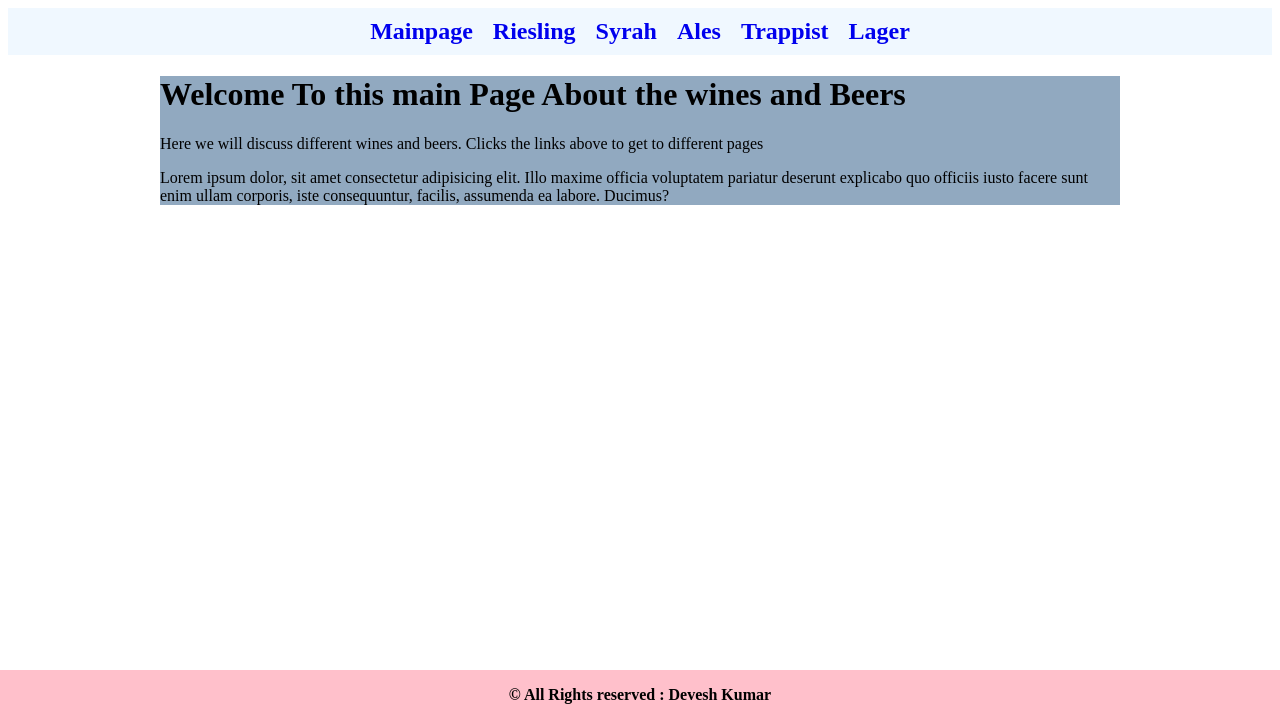
Repository: portretrieve/react-practice
Page: /
The author's editor kept a copy of each file at every save. The page is drawn from the files as they stood at one save, then again after the next save.
The browser window is 1280 px wide. The pictures show the whole page.
The project was rebuilt for these pictures with package versions that can differ from the ones it lists, and the page was loaded fresh each time. Also part of the build but not shown: src/wines/Riesling.js, src/wines/Syrah.js, src/beers/Ale.js, src/beers/Lager.js, src/beers/Trappist.js.

Above is the page before, as saved 2021-08-26 19:50:23.

### src/index.css
html {
    box-sizing: border-box;
    margin: 0;
    padding: 0;
}

### src/App.js
import { BrowserRouter, Route, Redirect, Switch } from "react-router-dom";

import Riesling from "./wines/Riesling";
import Syrah from "./wines/Syrah";
import Ale from "./beers/Ale";
import Lager from "./beers/Lager";
import Trappist from "./beers/Trappist";

import Header from "./navigation/Header";
import Footer from "./navigation/Footer";
import MainPage from "./MainPage";
import CenterContent from "./Util/CenterContent";

function App() {
  return (
    <BrowserRouter>
      <Header />
      <Switch>
        <Route path="/" exact>
          <CenterContent>
            <MainPage />
          </CenterContent>
        </Route>
        <Route path="/wines" exact>
          <Riesling />
        </Route>
        <Route path="/wines/syrah" exact>
          <Syrah />
        </Route>
        <Route path="/beers/ale" exact>
          <Ale />
        </Route>
        <Route path="/beers/trappist" exact>
          <Trappist />
        </Route>
        <Route path="/beers/lager" exact>
          <Lager />
        </Route>
        <Redirect to="/" />
      </Switch>
      <Footer />
    </BrowserRouter>
  );
}

export default App;

### src/navigation/Header.js
import React from "react";
import classes from "./header.module.css";
import { Link } from "react-router-dom";

function Header() {
  return (
    <header className={classes.header}>
      <nav>
        <h2>
          <a href="/">Mainpage</a>
        </h2>
        <h2>
          <a href="/wines">Riesling</a>
        </h2>
        <h2>
          <a href="/wines/syrah">Syrah</a>
        </h2>
        <h2>
          <a href="/beers/ale">Ales</a>
        </h2>
        <h2>
          <a href="/beers/trappist">Trappist</a>
        </h2>
        <h2>
          <a href="/beers/lager">Lager</a>
        </h2>
      </nav>
    </header>
  );
}

export default Header;

### src/navigation/Footer.js
import React from "react";
import classes from "./footer.module.css";

function Footer() {
  return (
    <footer className={classes.center}>
      <p>&copy; All Rights reserved : Devesh Kumar</p>
    </footer>
  );
}

export default Footer;

### src/MainPage.js
import React from "react";

function MainPage() {
  return (
    <div>
      <h1>Welcome To this main Page About the wines and Beers</h1>
      <p>
        Here we will discuss different wines and beers. Clicks the links above
        to get to different pages
      </p>
      <p>
        Lorem ipsum dolor, sit amet consectetur adipisicing elit. Illo maxime
        officia voluptatem pariatur deserunt explicabo quo officiis iusto facere
        sunt enim ullam corporis, iste consequuntur, facilis, assumenda ea
        labore. Ducimus?
      </p>
    </div>
  );
}

export default MainPage;

### src/Util/CenterContent.js
import React from "react";
import classes from "./centerContent.module.css";

function CenterContent(props) {
  return <div className={classes.container}>{props.children}</div>;
}

export default CenterContent;

### src/navigation/header.module.css
.header {
    margin: 0 auto;
    text-align: center;
    background-color: aliceblue;
}

h2 {
    display: inline-block;
    margin: 10px;
}

a {
    text-decoration: none;
}

### src/navigation/footer.module.css
.center {
    text-align: center;
    background-color: pink;
    font-weight: 700;
    position: fixed;
    bottom: 0;
    left: 0;
    right: 0;
    margin: 0;
    padding: 0;
}

### src/Util/centerContent.module.css
.container {
    max-width: 960px;
    width: 80%;
    margin: 0 auto;
    background-color: rgb(145, 169, 192);
}

Loaded but not shown: public/index.html (common file); src/index.js (common file)

After the next save:
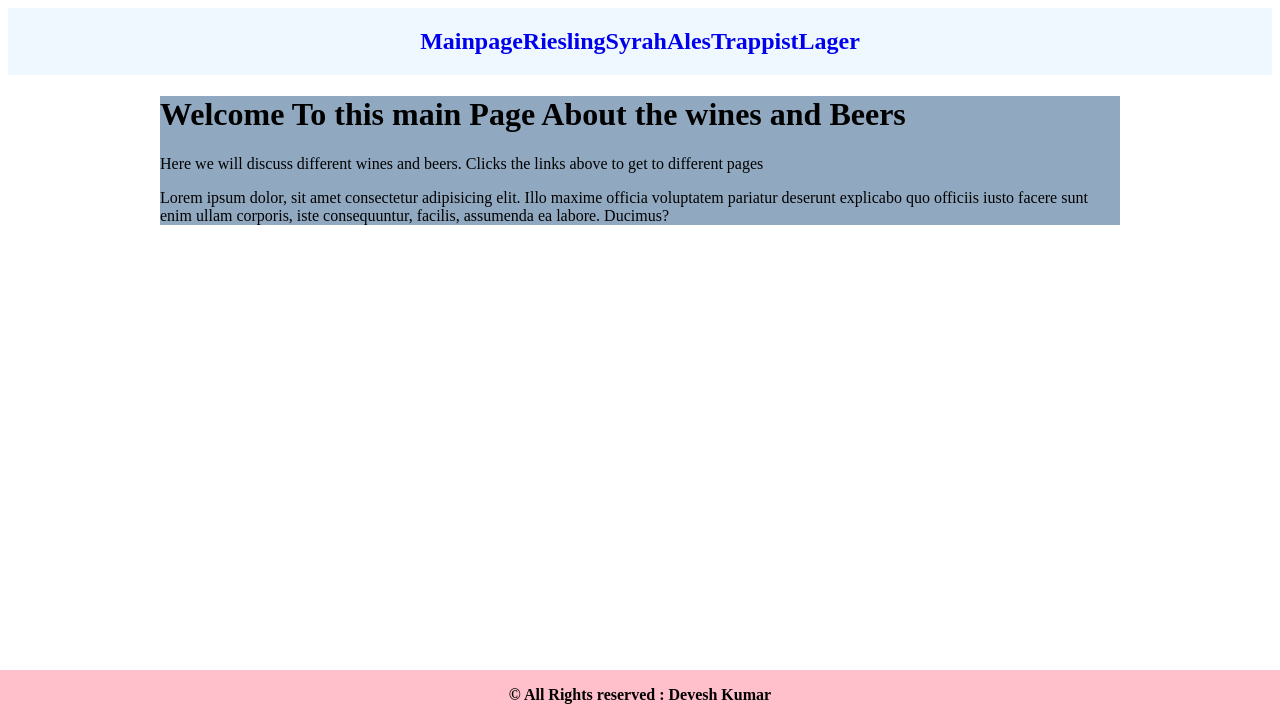
Saved 24 s later.
--- a/src/navigation/header.module.css
+++ b/src/navigation/header.module.css
@@ -6,7 +6,6 @@
 
 h2 {
     display: inline-block;
-    margin: 10px;
 }
 
 a {
